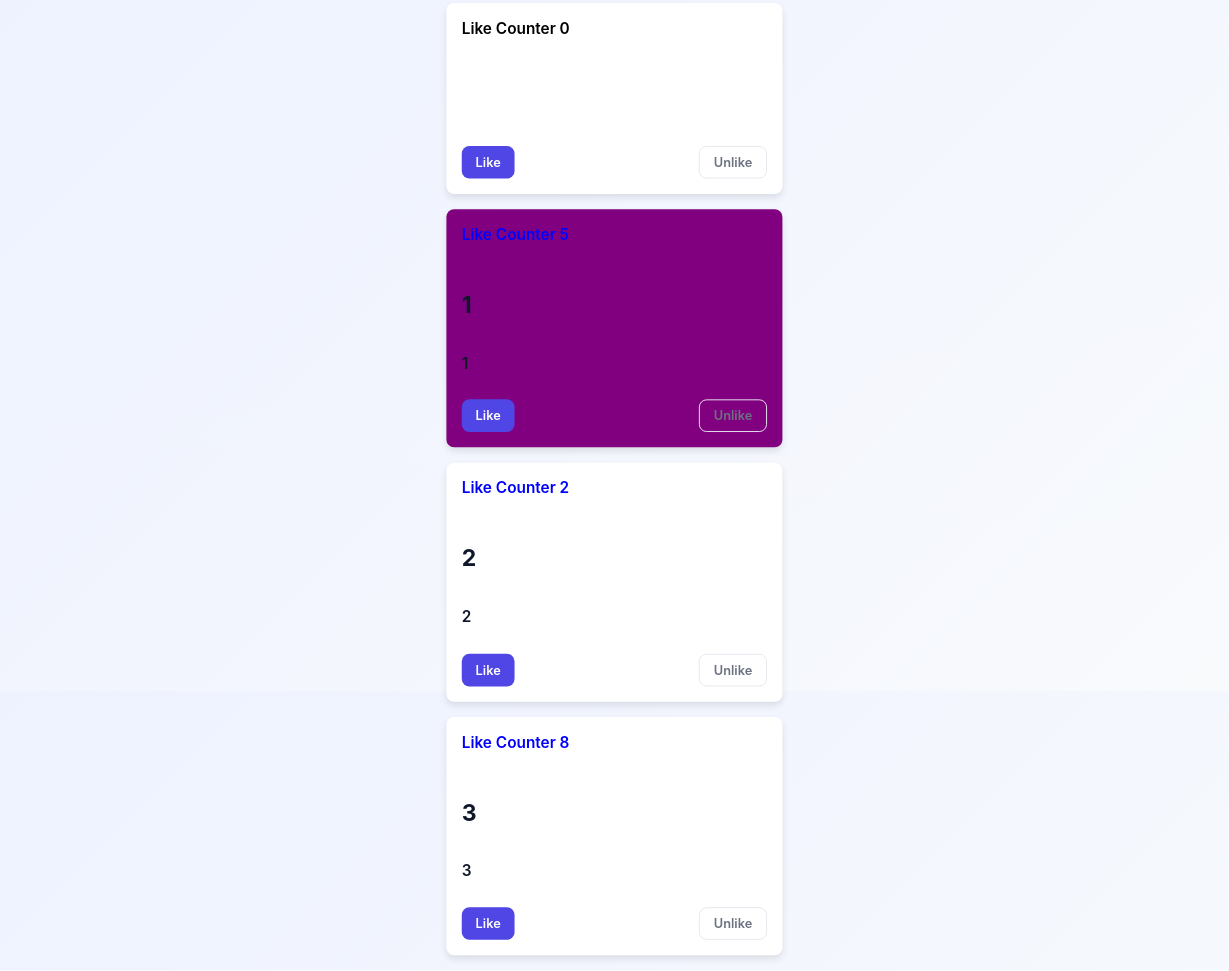
Repository: KrystianTrzy/reactapt
Page: /
An editor plug-in stored every save of this project. The page is shown before and after a run of saves, followed by the edit.
The browser window is 1280 px wide. The pictures show the whole page, at 96% of full size.
The project was rebuilt for these pictures with package versions that can differ from the ones it lists, and the page was loaded fresh each time.

Above is the page before, as saved 2025-11-22 09:43:07.

After the next 8 saves:
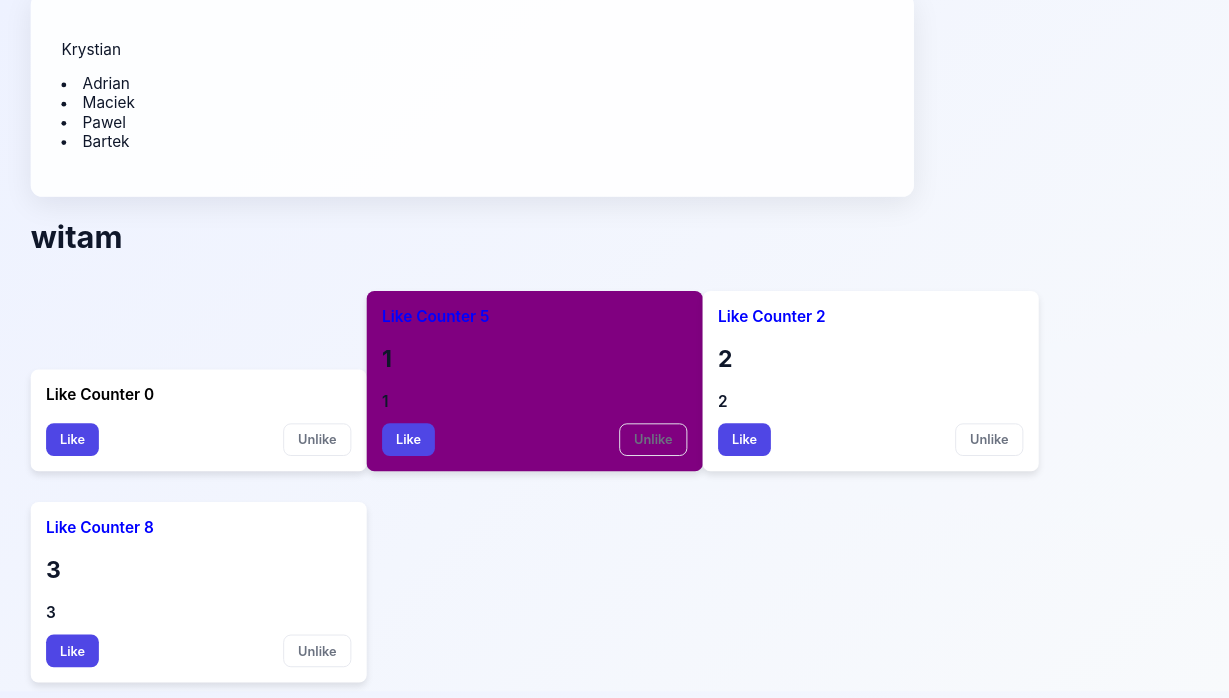
The 8 saves are shown as one change because they came seconds apart.
The last was saved 25 s later.
--- a/src/components/App/LikeCounter/LikeCounter.css
+++ b/src/components/App/LikeCounter/LikeCounter.css
@@ -6,9 +6,10 @@
     background: var(--card);
     margin: 1rem auto;
     color: #0f172a;
-    display: flex;
-    flex-direction: column;
-    gap: 1rem;
+    display: inline-block;
+
+ /* jak zrobić jedno po drugim w rzędzie */
+
 }
 
 
